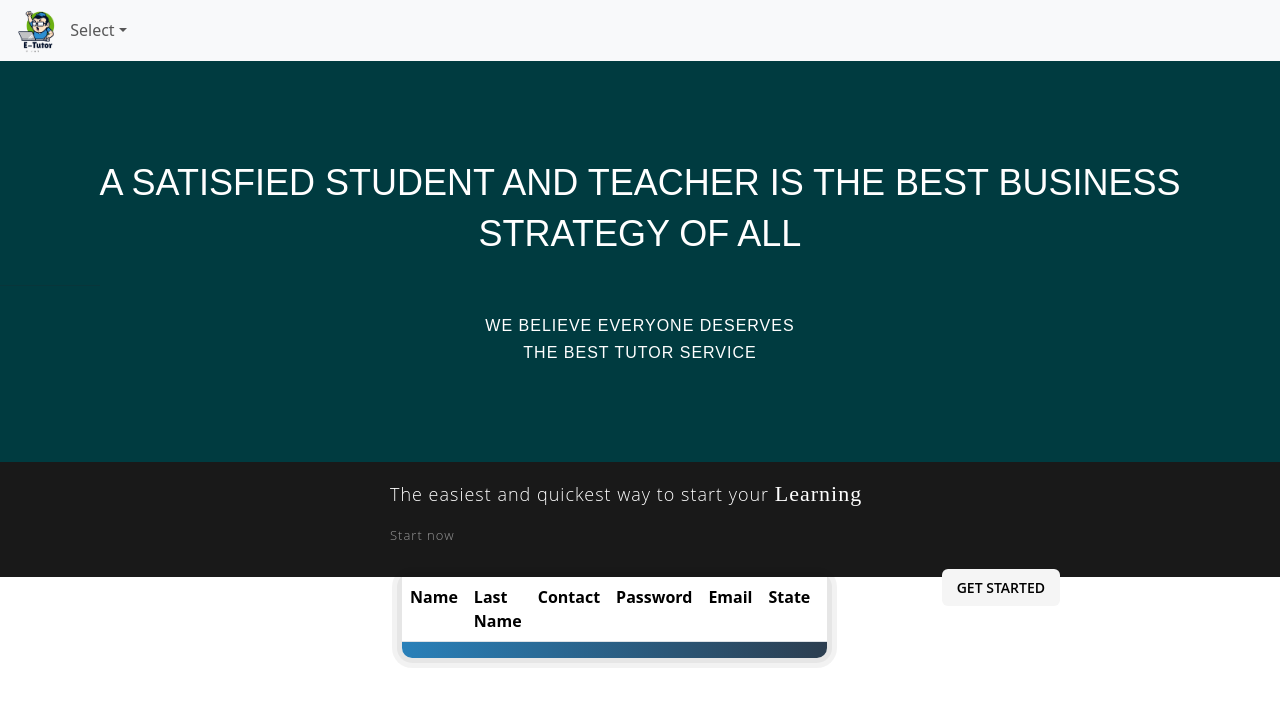
Repository: shailesh89-art/E-tutor-springboot-hibernate
Page: http://localhost/TUTOR_INVENTOR_1/pages/parent_Admin_edit.jsp
An editor plug-in stored every save of this project. The page is shown before and after the next save, followed by the edit.
The browser window is 1280 px wide. The pictures show the whole page.
Some web libraries are served in a nearby version. The page is served by Tomcat 9. The template is opened directly, without the code that normally fills it, so the values that code supplies are empty.

Above is the page before, as saved 2023-05-03 14:06:37.

After the next save:
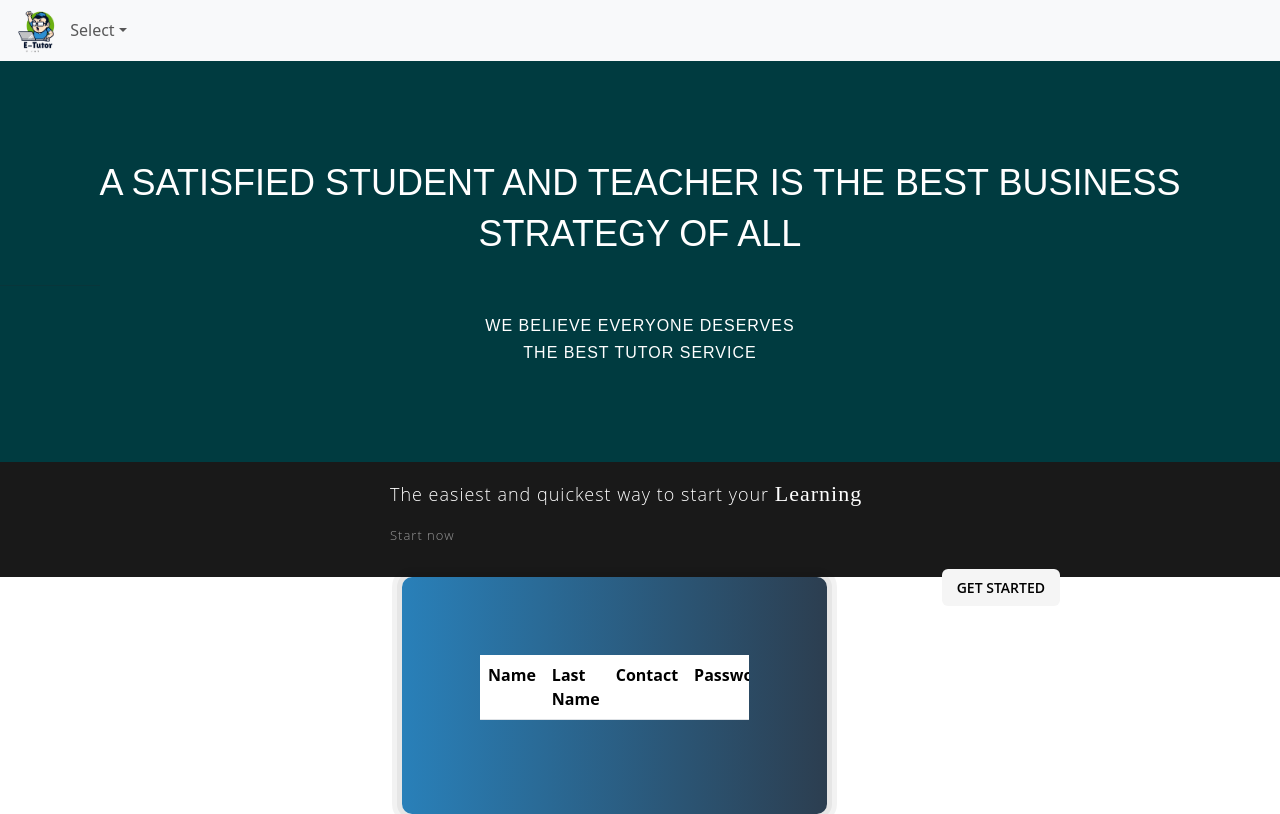
Saved 19 s later.
--- a/TUTOR_INVENTOR_1/src/main/webapp/pages/parent_Admin_edit.jsp
+++ b/TUTOR_INVENTOR_1/src/main/webapp/pages/parent_Admin_edit.jsp
@@ -207,7 +207,7 @@
  .demo{ font-family: 'Noto Sans', sans-serif; }
 .panel{
     background: linear-gradient(to right, #2980b9, #2c3e50);
-    padding: 0;
+    padding: 78px;
     border-radius: 10px;
     border: none;
     box-shadow: 0 0 0 5px rgba(0,0,0,0.05),0 0 0 10px rgba(0,0,0,0.05);

After the save that followed:
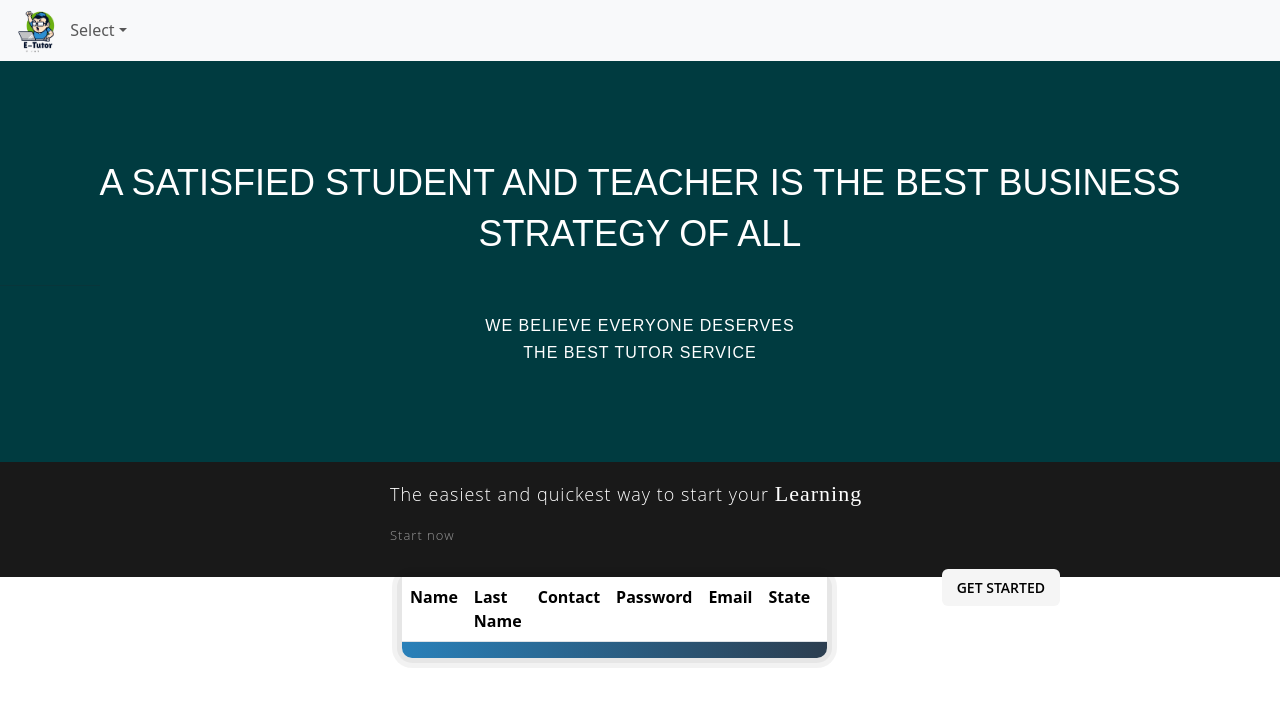
Saved 25 s later.
--- a/TUTOR_INVENTOR_1/src/main/webapp/pages/parent_Admin_edit.jsp
+++ b/TUTOR_INVENTOR_1/src/main/webapp/pages/parent_Admin_edit.jsp
@@ -207,7 +207,7 @@
  .demo{ font-family: 'Noto Sans', sans-serif; }
 .panel{
     background: linear-gradient(to right, #2980b9, #2c3e50);
-    padding: 78px;
+    padding: 0;
     border-radius: 10px;
     border: none;
     box-shadow: 0 0 0 5px rgba(0,0,0,0.05),0 0 0 10px rgba(0,0,0,0.05);
